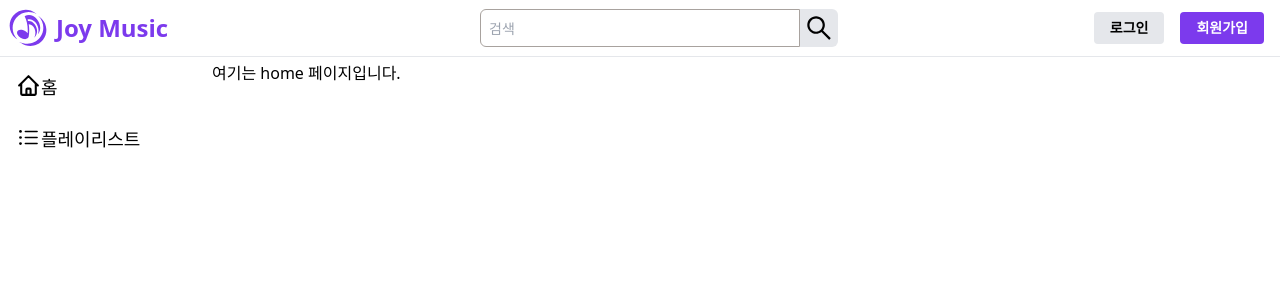
Repository: momo0170/streaming
Page: /
The author's editor kept a copy of each file at every save. The page is drawn from the files as they stood at one save, then again after the next save.
The browser window is 1280 px wide. The pictures show the whole page.
The project was rebuilt for these pictures with package versions that can differ from the ones it lists, and the page was loaded fresh each time. Also part of the build but not shown: src/App.css, src/router/Playlist.jsx.

Above is the page before, as saved 2023-09-23 11:40:39.

After the next save:
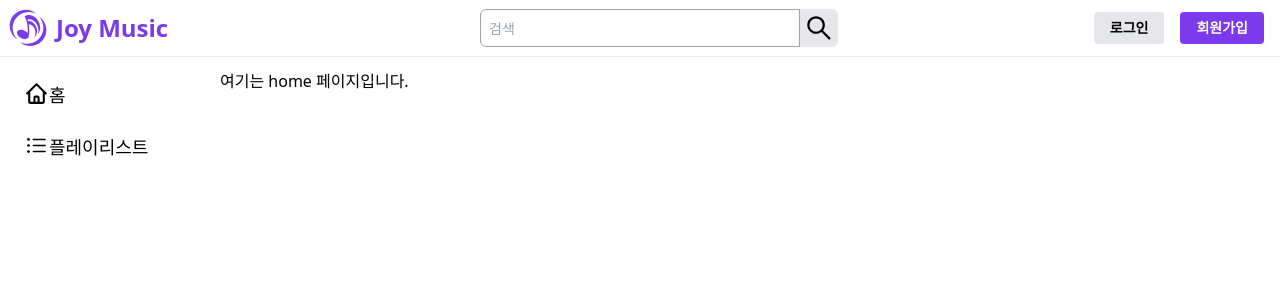
Saved 6 s later.
--- a/src/App.js
+++ b/src/App.js
@@ -7,7 +7,7 @@ function App() {
   return (
     <>
       <Header />
-      <div className="flex m-1">
+      <div className="flex m-3">
         <MenuBar />
         <Outlet />
       </div>
